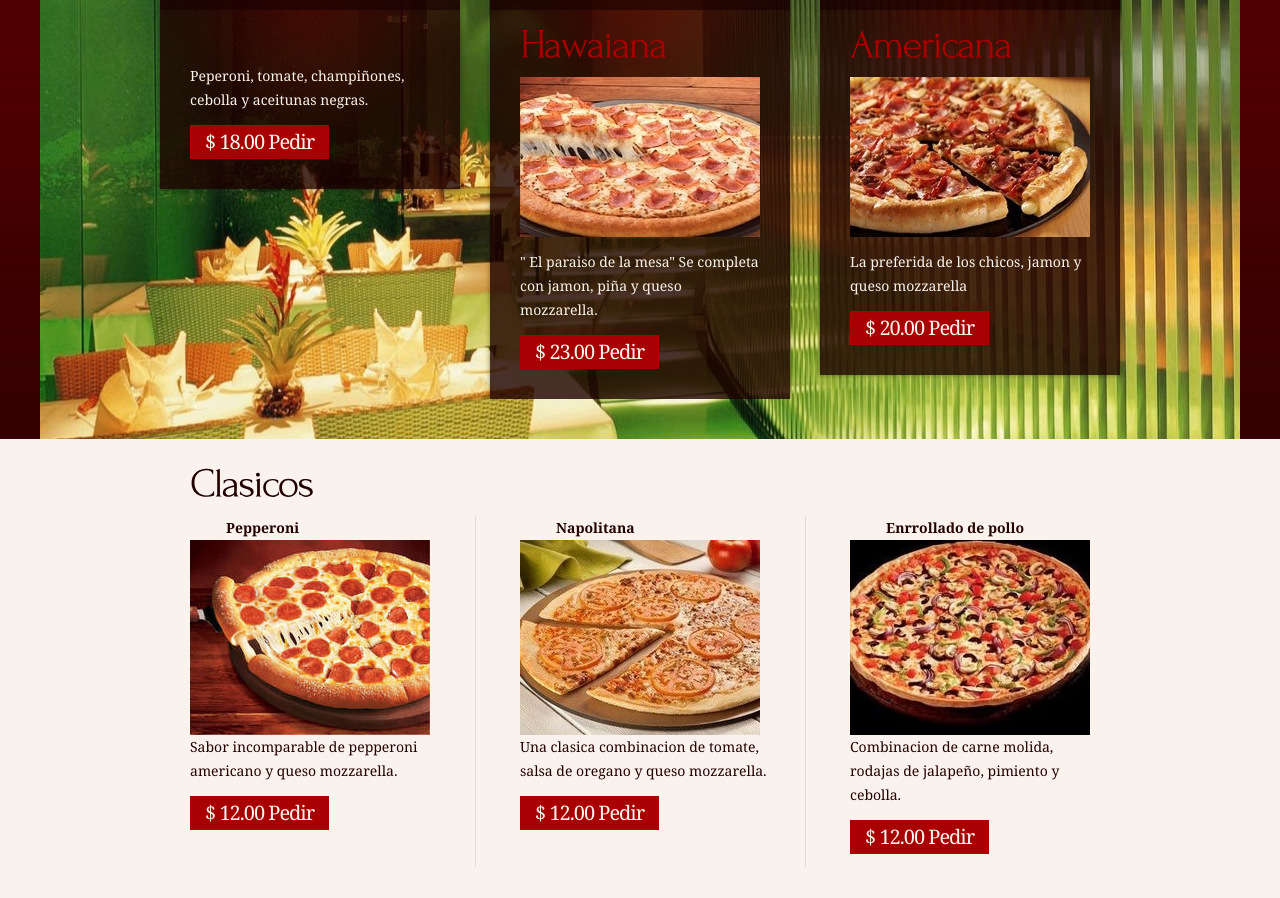
Repository: ProSoft-PDSI/sdsddo
Page: http://localhost/sdsr/Pizza
These files come from the project's save history. The page is drawn as it stood at one moment and after the next save; the edit follows.
The browser window is 1280 px wide. The pictures show the whole page.
The page is served by Tomcat 9. Queries for data that is not in the repository find no rows.

Above is the page before, as saved 2014-07-20 04:15:01.
Console error: TypeError: Cannot read properties of undefined (reading 'appendTo')

After the next save:
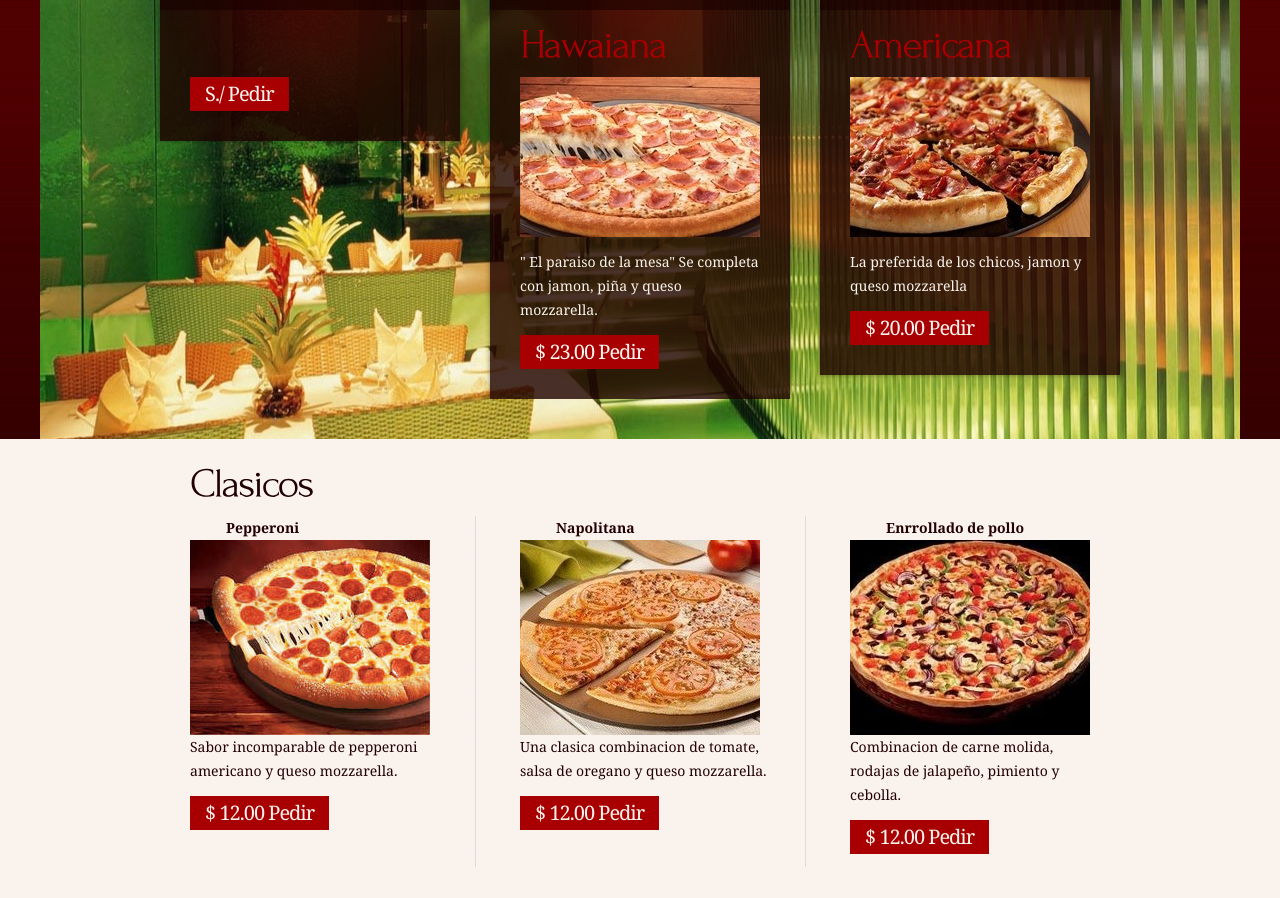
Saved 22 s later.
--- a/Web/sdsr/WebContent/Clasica.jsp
+++ b/Web/sdsr/WebContent/Clasica.jsp
@@ -20,8 +20,8 @@
 							<div>
 								<h2 class="letter_spacing"><c:out value="${i.nombre}"></c:out></h2>
 								<figure><img src="${i.imagen}" alt="" ></figure>
-								<p class="pad_bot1"> Peperoni, tomate, champiñones, cebolla y aceitunas negras.</p>
-								<a href="#" class="button1">$ 18.00 Pedir</a>
+								<p class="pad_bot1">${i.descripcion}</p>
+								<a href="#" class="button1">S./ ${i.precio} Pedir</a>
 							</div>
 						</div>
 					</section>
